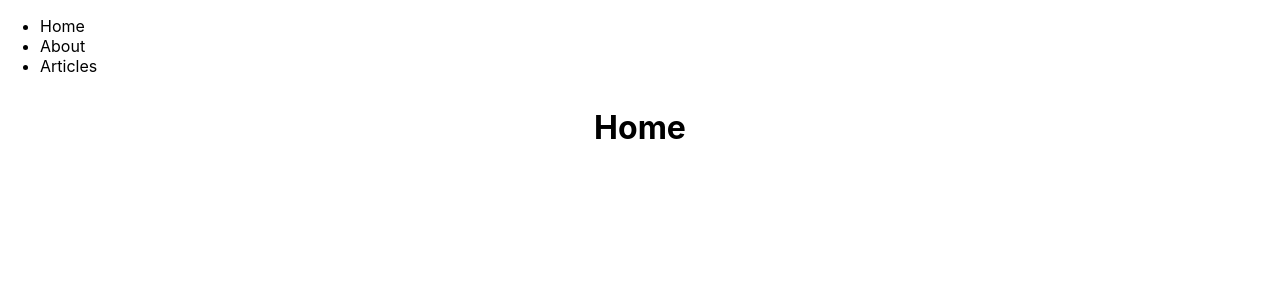
Repository: ShindanoSingi/react-software-architecture-course
Page: /
These files come from the project's save history. The page is drawn as it stood at one moment and after the next save; the edit follows.
The browser window is 1280 px wide. The pictures show the whole page.
The project was rebuilt for these pictures with package versions that can differ from the ones it lists, and the page was loaded fresh each time. Also part of the build but not shown: src/pages/About.js, src/pages/Articles.js.

Above is the page before, as saved 2022-12-25 20:04:08.

After the next save:
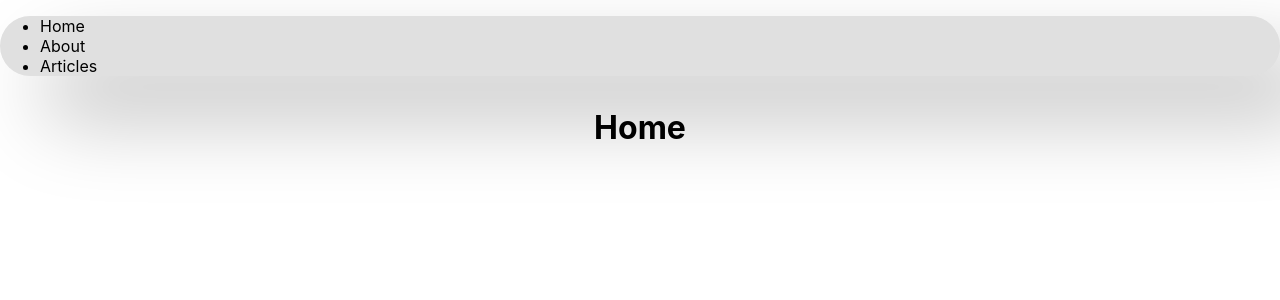
Saved 26 s later.
--- a/src/App.css
+++ b/src/App.css
@@ -1,12 +1,19 @@
-h1{
+h1 {
     text-align: center;
-    margin:0rem;
+    margin: 0rem;
     padding: 0.5em;
 }
 
-.container{
+.nav-bar {
+    border-radius: 50px;
+    background: #e0e0e0;
+    box-shadow: 41px 41px 82px #bebebe,
+        -41px -41px 82px #ffffff;
+}
+
+.container {
     max-width: 80em;
-    background-color:beige;
+    background-color: beige;
     margin: 0 auto;
     height: 100vh;
 }
